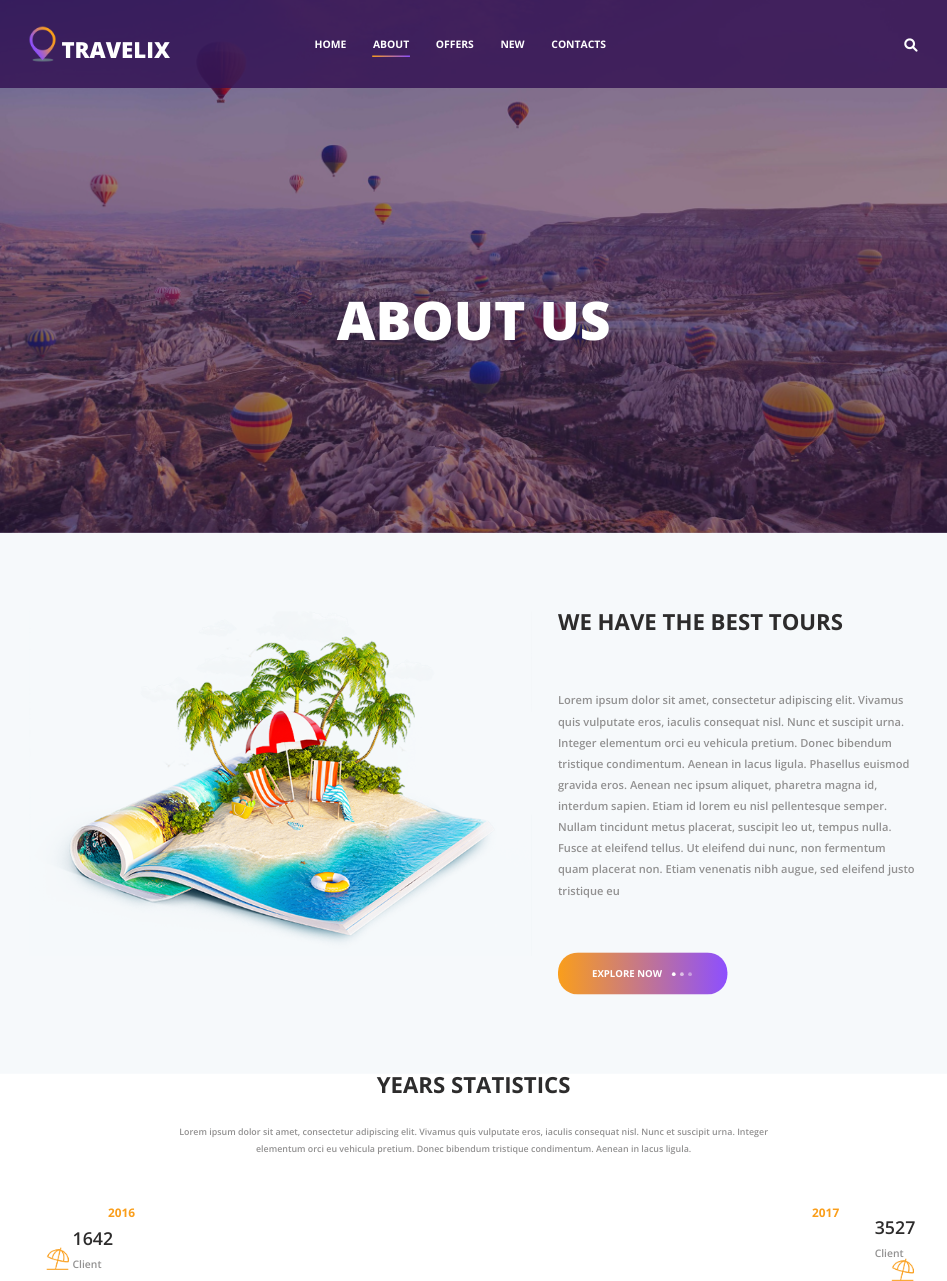
Repository: phamhuuloc/Travelix_Template
Page: about.html
These files come from the project's save history. The page is drawn as it stood at one moment and after the next save; the edit follows.
The browser window is 1280 px wide. The pictures show the whole page, at 74% of full size.
Backgrounds fixed to the window are drawn as part of the page. Some web fonts or font styles are not loaded; a fallback is used.

Above is the page before, as saved 2021-10-13 09:21:41.

### about.html
<!DOCTYPE html>
<html lang="en">
  <head>
    <meta charset="UTF-8" />
    <meta http-equiv="X-UA-Compatible" content="IE=edge" />
    <meta name="viewport" content="width=device-width, initial-scale=1.0" />
    <title>Document</title>
    <link rel="shortcut icon" href="./assets/img/logo.png" />
    <link
      href="https://fonts.googleapis.com/css2?family=Caramel&display=swap"
      rel="stylesheet"
    />
    <!-- GOOGLE FONT -->
    <link
      href="https://fonts.googleapis.com/css2?family=Birthstone&display=swap"
      rel="stylesheet"
    />
    <!-- FONT AWESOME -->
    <link
      rel="stylesheet"
      href="https://cdnjs.cloudflare.com/ajax/libs/font-awesome/6.0.0-beta2/css/all.min.css"
      integrity="sha512-YWzhKL2whUzgiheMoBFwW8CKV4qpHQAEuvilg9FAn5VJUDwKZZxkJNuGM4XkWuk94WCrrwslk8yWNGmY1EduTA=="
      crossorigin="anonymous"
      referrerpolicy="no-referrer"
    />
    <!-- CSS -->
    <link rel="stylesheet" href="./assets/css/reset.css" />
    <link rel="stylesheet" href="./assets/css/grid.css" />
    <link rel="stylesheet" href="./assets/css/base.css" />
    <link rel="stylesheet" href="./assets/css/about.css" />
  </head>
  <body>
    <header class="header">
      <div class="header-topbar" style="display: none">
        <div class="grid wide">
          <div class="header-topbar__container">
            <div class="row">
              <div class="col l-6">
                <div class="header-topbar__contact">
                  <ul>
                    <li>
                      <a href="">+84 945 000 917</a>
                    </li>
                    <li>
                      <a href=""><i class="fab fa-pinterest"></i></a>
                    </li>
                    <li>
                      <a href=""><i class="fab fa-facebook-f"></i></a>
                    </li>
                    <li>
                      <a href=""><i class="fab fa-twitter"></i></a>
                    </li>
                    <li>
                      <a href=""><i class="fab fa-dribbble"></i></a>
                    </li>
                    <li>
                      <a href=""><i class="fab fa-behance"></i></a>
                    </li>
                    <li>
                      <a href=""><i class="fab fa-linkedin-in"></i></a>
                    </li>
                  </ul>
                </div>
              </div>
              <div class="col l-6">
                <div class="header-topbar__login">
                  <ul>
                    <li><a href="">Login</a></li>
                    <li><a href="">|</a></li>
                    <li><a href="">Register</a></li>
                  </ul>
                </div>
              </div>
            </div>
          </div>
        </div>
      </div>
      <div class="header-nav">
        <div class="grid wide">
          <div class="header-nav__container">
            <div class="row">
              <div class="col l-3">
                <div class="logo">
                  <a href="" class="logo__link">
                    <img src="./assets/img/logo.png" alt="" />
                    <h2 class="logo__text">Travelix</h2>
                  </a>
                </div>
              </div>
              <div class="col l-6 m-0 c-0">
                <div class="nav-menu">
                  <ul class="nav-menu__list">
                    <li class="nav-menu__item">
                      <a href="index.html" class="nav-menu__link">Home</a>
                    </li>
                    <li class="nav-menu__item active">
                      <a href="./about.html" class="nav-menu__link">About</a>
                    </li>
                    <li class="nav-menu__item">
                      <a href="" class="nav-menu__link">Offers</a>
                    </li>
                    <li class="nav-menu__item">
                      <a href="" class="nav-menu__link">New</a>
                    </li>
                    <li class="nav-menu__item">
                      <a href="" class="nav-menu__link">Contacts</a>
                    </li>
                  </ul>
                </div>
              </div>
              <div class="col l-3">
                <div class="header-search">
                  <i class="fas fa-search header-search__icon"></i>
                </div>
              </div>
            </div>
          </div>
        </div>
      </div>
    </header>
    <div class="home">
      <div
        class="home-background"
        style="background-image: url(./assets/img/about.jpg)"
      ></div>
      <div class="home__title"><h1>About us</h1></div>
    </div>
    <section class="intro">
      <div class="grid wide">
        <div class="intro__container">
          <div class="row">
            <div class="col l-7 intro__img">
              <img src="./assets/img/intro_about.png" alt="" />
            </div>
            <div class="col l-5 intro__content">
              <h2 class="intro__title">WE HAVE THE BEST TOURS</h2>
              <p class="intro__desc">
                Lorem ipsum dolor sit amet, consectetur adipiscing elit. Vivamus
                quis vulputate eros, iaculis consequat nisl. Nunc et suscipit
                urna. Integer elementum orci eu vehicula pretium. Donec bibendum
                tristique condimentum. Aenean in lacus ligula. Phasellus euismod
                gravida eros. Aenean nec ipsum aliquet, pharetra magna id,
                interdum sapien. Etiam id lorem eu nisl pellentesque semper.
                Nullam tincidunt metus placerat, suscipit leo ut, tempus nulla.
                Fusce at eleifend tellus. Ut eleifend dui nunc, non fermentum
                quam placerat non. Etiam venenatis nibh augue, sed eleifend
                justo tristique eu
              </p>
              <div class="intro__btn">
                <div class="btn">
                  <div class="btn-bg"></div>
                  <a href="#" class="btn-link">
                    explore now
                    <span></span>
                    <span></span>
                    <span></span>
                  </a>
                </div>
              </div>
            </div>
          </div>
        </div>
      </div>
    </section>
    <section class="stats">
      <div class="grid wide">
        <div class="stats__container">
          <h2 class="stats__title">YEARS STATISTICS</h2>
          <div class="wrap_text">
            <p class="stats__text">
              Lorem ipsum dolor sit amet, consectetur adipiscing elit. Vivamus
              quis vulputate eros, iaculis consequat nisl. Nunc et suscipit
              urna. Integer elementum orci eu vehicula pretium. Donec bibendum
              tristique condimentum. Aenean in lacus ligula.
            </p>
          </div>
          <div class="stats__year">
            <div class="stats__year-last">2016</div>
            <div class="stats__year-new">2017</div>
          </div>
          <div class="stats__content">
            <div class="stats__item">
              <div class="stats__last">
                <div class="stats__icon">
                  <img src="./assets/img/stats_1.png" alt="" />
                </div>
                <div class="stats__content">
                  <div class="stats__number">1642</div>
                  <div class="stats__type">Client</div>
                </div>
              </div>
              <div class="stats__bar">
                <div class="stats__bar-perc"></div>
              </div>
              <div class="stats__new">
                <div class="stats__content">
                  <div class="stats__number">3527</div>
                  <div class="stats__type">Client</div>
                </div>
                <div class="stats__icon">
                  <img src="./assets/img/stats_1.png" alt="" />
                </div>
              </div>
            </div>
          </div>
        </div>
      </div>
    </section>
  </body>
</html>

### assets/css/grid.css
.grid {
  width: 100%;
  padding: 0;
}
.grid.wide {
  max-width: 1200px;

  margin: 0 auto;
}
.row {
  display: flex;
  flex-wrap: wrap;
  margin-left: -4px;
  margin-right: -4px;
}
.row.no-gutters {
  margin-left: 0;
  margin-right: 0;
}
.col {
  padding-left: 4px;
  padding-right: 4px;
}
.row.no-gutters .col {
  margin-left: 0;
  margin-right: 0;
}

.c-0 {
  display: none;
}

.c-1 {
  flex: 0 0 8.33333%;
  max-width: 8.33333%;
}

.c-2 {
  flex: 0 0 16.66667%;
  max-width: 16.66667%;
}

.c-3 {
  flex: 0 0 25%;
  max-width: 25%;
}

.c-4 {
  flex: 0 0 33.33333%;
  max-width: 33.33333%;
}

.c-5 {
  flex: 0 0 41.66667%;
  max-width: 41.66667%;
}

.c-6 {
  flex: 0 0 50%;
  max-width: 50%;
}

.c-7 {
  flex: 0 0 58.33333%;
  max-width: 58.33333%;
}

.c-8 {
  flex: 0 0 66.66667%;
  max-width: 66.66667%;
}

.c-9 {
  flex: 0 0 75%;
  max-width: 75%;
}

.c-10 {
  flex: 0 0 83.33333%;
  max-width: 83.33333%;
}

.c-11 {
  flex: 0 0 91.66667%;
  max-width: 91.66667%;
}

.c-12 {
  flex: 0 0 100%;
  max-width: 100%;
}

.c-o-1 {
  margin-left: 8.33333%;
}

.c-o-2 {
  margin-left: 16.66667%;
}

.c-o-3 {
  margin-left: 25%;
}

.c-o-4 {
  margin-left: 33.33333%;
}

.c-o-5 {
  margin-left: 41.66667%;
}

.c-o-6 {
  margin-left: 50%;
}

.c-o-7 {
  margin-left: 58.33333%;
}

.c-o-8 {
  margin-left: 66.66667%;
}

.c-o-9 {
  margin-left: 75%;
}

.c-o-10 {
  margin-left: 83.33333%;
}

.c-o-11 {
  margin-left: 91.66667%;
}
/* TABLET */
@media (min-width: 740px) {
  .row {
    margin-left: -8px;
    margin-right: -8px;
  }
  .col {
    padding-right: 8px;
    padding-left: 8px;
  }
  .m-0 {
    display: none;
  }
  .m-1,
  .m-2,
  .m-3,
  .m-4,
  .m-5,
  .m-6,
  .m-7,
  .m-8,
  .m-9,
  .m-10,
  .m-11,
  .m-12 {
    display: block;
  }

  .m-1 {
    flex: 0 0 8.33333%;
    max-width: 8.33333%;
  }

  .m-2 {
    flex: 0 0 16.66667%;
    max-width: 16.66667%;
  }

  .m-3 {
    flex: 0 0 25%;
    max-width: 25%;
  }

  .m-4 {
    flex: 0 0 33.33333%;
    max-width: 33.33333%;
  }

  .m-5 {
    flex: 0 0 41.66667%;
    max-width: 41.66667%;
  }

  .m-6 {
    flex: 0 0 50%;
    max-width: 50%;
  }

  .m-7 {
    flex: 0 0 58.33333%;
    max-width: 58.33333%;
  }

  .m-8 {
    flex: 0 0 66.66667%;
    max-width: 66.66667%;
  }

  .m-9 {
    flex: 0 0 75%;
    max-width: 75%;
  }

  .m-10 {
    flex: 0 0 83.33333%;
    max-width: 83.33333%;
  }

  .m-11 {
    flex: 0 0 91.66667%;
    max-width: 91.66667%;
  }

  .m-12 {
    flex: 0 0 100%;
    max-width: 100%;
  }

  .m-o-1 {
    margin-left: 8.33333%;
  }

  .m-o-2 {
    margin-left: 16.66667%;
  }

  .m-o-3 {
    margin-left: 25%;
  }

  .m-o-4 {
    margin-left: 33.33333%;
  }

  .m-o-5 {
    margin-left: 41.66667%;
  }

  .m-o-6 {
    margin-left: 50%;
  }

  .m-o-7 {
    margin-left: 58.33333%;
  }

  .m-o-8 {
    margin-left: 66.66667%;
  }

  .m-o-9 {
    margin-left: 75%;
  }

  .m-o-10 {
    margin-left: 83.33333%;
  }

  .m-o-11 {
    margin-left: 91.66667%;
  }
}
/* PC MEDIUM RESOLUTION */
@media (min-width: 1113px) {
  .row {
    margin-left: -12px;
    margin-right: -12px;
  }
  .row.sm-gutter {
    margin-left: -8px;
    margin-right: -8px;
  }
  .col {
    padding-left: 12px;
    padding-right: 12px;
  }
  .row.sm-gutter .col {
    padding-left: 8px;
    padding-right: 8px;
  }
  .l-0 {
    display: none;
  }

  .l-1,
  .l-2,
  .l-2-4,
  .l-3,
  .l-4,
  .l-5,
  .l-6,
  .l-7,
  .l-8,
  .l-9,
  .l-10,
  .l-11,
  .l-12 {
    display: block;
  }

  .l-1 {
    flex: 0 0 8.33333%;
    max-width: 8.33333%;
  }

  .l-2 {
    flex: 0 0 16.66667%;
    max-width: 16.66667%;
  }

  .l-2-4 {
    flex: 0 0 20%;
    max-width: 20%;
  }

  .l-3 {
    flex: 0 0 25%;
    max-width: 25%;
  }

  .l-4 {
    flex: 0 0 33.33333%;
    max-width: 33.33333%;
  }

  .l-5 {
    flex: 0 0 41.66667%;
    max-width: 41.66667%;
  }

  .l-6 {
    flex: 0 0 50%;
    max-width: 50%;
  }

  .l-7 {
    flex: 0 0 58.33333%;
    max-width: 58.33333%;
  }

  .l-8 {
    flex: 0 0 66.66667%;
    max-width: 66.66667%;
  }

  .l-9 {
    flex: 0 0 75%;
    max-width: 75%;
  }

  .l-10 {
    flex: 0 0 83.33333%;
    max-width: 83.33333%;
  }

  .l-11 {
    flex: 0 0 91.66667%;
    max-width: 91.66667%;
  }

  .l-12 {
    flex: 0 0 100%;
    max-width: 100%;
  }

  .l-o-1 {
    margin-left: 8.33333%;
  }

  .l-o-2 {
    margin-left: 16.66667%;
  }

  .l-o-3 {
    margin-left: 25%;
  }

  .l-o-4 {
    margin-left: 33.33333%;
  }

  .l-o-5 {
    margin-left: 41.66667%;
  }

  .l-o-6 {
    margin-left: 50%;
  }

  .l-o-7 {
    margin-left: 58.33333%;
  }

  .l-o-8 {
    margin-left: 66.66667%;
  }

  .l-o-9 {
    margin-left: 75%;
  }

  .l-o-10 {
    margin-left: 83.33333%;
  }

  .l-o-11 {
    margin-left: 91.66667%;
  }
}
/* TABLET AND PC */
@media (min-width: 740px) and (max-width: 1023px) {
  .wide {
    width: 644px;
  }
}
/* > PC  LOW RESOLUTION */
@media (min-width: 1024px) and (max-width: 1239px) {
  .wide {
    width: 984px;
  }
}
.form__item {
  display: flex;
  flex-direction: column;
}

### assets/css/base.css
@import url("https://fonts.googleapis.com/css?family=Open+Sans:300,400,600,700,800");
@font-face {
  font-family: "Beyond";
  src: url("../fonts/beyond_the_mountains.otf") format("truetype"),
    url("../fonts/beyond_the_mountains.ttf") format("opentype");
}

:root {
  --topbar-height: 3.6rem;
  --white-color: white;
  --gray-color: #929191;
  --primary-color: #fa9e1b;
  --bg-btn: linear-gradient(to right, #fa9e1b, #8d4fff, #fa9e1b);
  --bg-section: linear-gradient(to top right, #fa9e1b, #8d4fff);
  --black-color: #2d2c2c;
}
* {
  margin: 0;
  padding: 0;
  box-sizing: border-box;
}
html {
  font-size: 62.5%;
}
body {
  font-family: "Open Sans", sans-serif;
  text-rendering: optimizeLegibility;
  -webkit-font-smoothing: antialiased;
}
a {
  text-decoration: none;
}
i {
  display: block;
  width: 100%;
}
ul {
  list-style: none;
}
select {
  -webkit-appearance: none;
  -moz-appearance: none;
  text-indent: 1px;
  text-overflow: "";
}
img {
  display: block;
  max-width: 100%;
}
/* FONT */
@import url(https://fonts.googleapis.com/css?family=Open+Sans:300,400,600,700,800);
@font-face {
  font-family: "Beyond";
  src: url(../font/beyond_the_mountains.otf) format("truetype"),
    url(../font/beyond_the_mountains.ttf) format("opentype");
}
/* BUTTON */
/*  */
/* HEADER */

.header-topbar {
  height: var(--topbar-height);
  background-color: rgb(53, 10, 78);
}
.header-topbar li:hover a {
  color: var(--primary-color);
  transition: all 300ms ease;
}
.header-topbar__contact ul {
  display: flex;
  align-items: center;
  height: var(--topbar-height);
}
.header-topbar__contact li a {
  color: white;
  font-size: 1.2rem;
  margin-right: 2rem;
  text-transform: uppercase;
}
.header-topbar__login ul {
  height: var(--topbar-height);
  display: flex;
  align-items: center;
  justify-content: flex-end;
}
.header-topbar li a {
  color: var(--white-color);
  font-size: 1.2rem;
  padding: 0 2px;
  text-transform: uppercase;
}
.header-nav {
  background: rgba(54, 19, 84, 0.85);
  padding: 3.6rem 0;
  position: fixed;
  z-index: 99;
  width: 100%;
}
.logo__link {
  display: flex;
  align-items: flex-end;
}
.logo__text {
  color: var(--white-color);
  font-weight: 800;
  font-size: 3rem;
  text-transform: uppercase;
  margin-left: 8px;
}
.nav-menu {
  height: 100%;
  display: flex;
  align-items: center;
}
.nav-menu__list {
  width: 100%;
  display: flex;
  align-items: center;
  justify-content: center;
}
.nav-menu__link {
  font-size: 1.4rem;
  color: var(--white-color);
  font-weight: 650;
  text-transform: uppercase;
  margin-right: 3.6rem;
  position: relative;
}
.nav-menu__link::after {
  content: "";
  display: block;
  position: absolute;
  left: -1px;
  bottom: -8px;
  width: calc(100% + 2px);
  height: 2px;
  opacity: 0;
  transition: all 300ms ease;
  background: linear-gradient(to right, #fa9e1b, #8d4fff);
}
.active .nav-menu__link::after {
  opacity: 1;
}
.nav-menu__item:hover .nav-menu__link::after {
  opacity: 1;
}
.header-search {
  height: 100%;
  display: flex;
  align-items: center;
  justify-content: flex-end;
}
.header-search__icon {
  display: contents;
  text-align: right;
  color: var(--white-color);
  font-size: 1.8rem;
  font-weight: 600;
  cursor: pointer;
}
.header-search__icon:hover {
  color: var(--primary-color);
  transition: all 300ms ease;
}
/* HOME */
.home {
  position: relative;
  width: 100%;
  height: 100vh;
  background: #31124b;
}
.home-background {
  position: absolute;
  top: 0;
  left: 0;
  width: 100%;
  height: 100%;
  background-repeat: no-repeat;
  background-position: center center;
  background-size: cover;
  opacity: 0.5;
}
.home-container {
  position: absolute;
  top: 50%;
  left: 50%;
  transform: translate(-50%, -50%);
}
.home-title__heading {
  font-size: 9.2rem;
  color: var(--white-color);
  font-weight: 900;
  text-transform: uppercase;
}
.home-title__heading:nth-child(2) {
  font-family: Beyond;
  font-size: 6rem;
  text-align: center;
}
/*home button */
.btn {
  display: inline-block;
  border-radius: 27px;
  overflow: hidden;
  position: relative;
  margin-top: 70px;
  left: 50%;
  transform: translateX(-50%);
}
.btn:hover .btn-bg {
  transform: translateX(-50%);
}
.btn-bg {
  z-index: 0;
  position: absolute;
  top: 0;
  left: 0;
  width: 200%;
  height: 100%;
  background: var(--bg-btn);
  transition: all 400ms ease;
  cursor: pointer;
}
.btn-link {
  display: block;
  font-size: 13px;
  font-weight: 700;
  color: #fff;
  text-transform: uppercase;
  padding: 2.2rem 0;
  padding-left: 46px;
  padding-right: 46px;
  white-space: nowrap;
  position: relative;
}
.btn-link span {
  display: inline-block;
  background-color: white;
  width: 5.5px;
  height: 5.5px;
  border-radius: 50%;
  vertical-align: middle;
  margin-right: 2px;
}
.btn-link span:first-child {
  margin-left: 1rem;
}
.btn-link span:nth-child(2) {
  opacity: 0.6;
}
.btn-link span:last-child {
  opacity: 0.4;
}
/* CONTACT FORM */
.contact {
  margin-top: 10.3rem;
  width: 100%;
  padding-bottom: 105px;
  position: relative;
}
.contact-background {
  position: absolute;
  bottom: -34px;
  width: 100%;
  height: 114%;
  background-size: cover;
  background-position: center center;
  background-repeat: no-repeat;
}
.contact-container {
  position: relative;
  z-index: 2;
}
.contact-form {
  background: var(--bg-section);
  padding: 8.4rem 7.6rem 4.8rem;
}
.form-heading {
  font-size: 3rem;
  font-weight: 700;
  color: var(--white-color);
  text-transform: uppercase;
  margin-bottom: 8.6rem;
}
.form-input {
  color: var(--white-color);
  font-size: 1.6rem;
  padding: 1rem;
  width: 100%;
  border: 0;
  border-bottom: 2px solid white;
  background-color: transparent;
  margin-bottom: 3rem;
  outline: none;
}
.form-input::-webkit-input-placeholder {
  color: white;
  font-size: 1.4rem;
}
.input-messages {
  /* height: 126px; */
}
.contact-btn {
  margin-top: 5rem;
  border-radius: 2.7rem;
  background-color: #31124b;
  display: inline-flex;
  align-items: center;
  justify-content: center;
  cursor: pointer;
}
.contact-btn:hover {
  opacity: 0.8;
  transition: all 0.3s ease;
}
.contact-btn .btn-link {
  padding: 22px 29px;
}
/* FOOTER */
.footer {
  background: #31124b;
  padding: 8.5rem 10.3rem 11.8rem;
  /* position: absolute; */
}
.footer__item {
  position: relative;
}
.footer__logo {
  position: absolute;
  top: -2.9rem;
}
.footer__about {
  padding-top: 67px;
}
.footer__about-desc {
  font-size: 1.6rem;
  font-weight: 600;
  color: var(--white-color);
  line-height: 2;
  margin-bottom: 2rem;
}
.social-list {
  display: flex;
}
.social-item {
  display: flex;
  align-items: center;
  justify-content: center;
  width: 3.1rem;
  height: 3.1rem;
  border-radius: 50%;
  margin-right: 12px;
  cursor: pointer;
  transition: all 0.3s ease;
  border: 1px solid var(--primary-color);
}
.social-item:hover {
  background-color: var(--primary-color);
}
.social-item a i {
  font-size: 10px;
  color: var(--white-color);
}
.footer__blog-item {
  display: flex;
  margin-bottom: 2.1rem;
}
.footer__blog-item img {
  margin-right: 20px;
}
.footer__blog-content {
  display: flex;
  flex-direction: column;
}
.footer__blog-title {
  font-size: 1.4rem;
  color: var(--white-color);
  margin-bottom: 1.4rem;
  cursor: pointer;
}
.footer__blog-title:hover {
  color: var(--primary-color);
}
.footer__blog-date {
  font-size: 1.2rem;
  color: var(--primary-color);
}
.tag__item {
  display: flex;
  align-items: center;
  justify-content: center;
  padding: 12px 25px;
  margin-right: 9px;
  margin-bottom: 9px;
  border: 1px solid var(--primary-color);
  transition: all 0.3s ease;
  float: left;
  cursor: pointer;
}
.tag__item:hover {
  cursor: pointer;
  background-color: var(--primary-color);
}
.tag__item a {
  color: var(--white-color);
  font-size: 1.4rem;
  font-weight: 600;
}
.contact__info-item {
  display: flex;
}
.contact__info-icon {
  width: 2rem;
  height: 2rem;
  margin-right: 8px;
}
.contact__info-text {
  font-size: 1.4rem;
  color: var(--white-color);
  line-height: 1.8;
  margin-bottom: 2.4rem;
}
.copyright {
  background: #1f0733;
  padding: 20px 0;
}
.copyright__container {
  color: var(--white-color);
  font-size: 1.6rem;
}
.copyright__container a {
  transition: all 0.3s ease;
  color: blue;
}
.copyright__container a:hover {
  color: var(--primary-color);
}
.copyright__container i {
  display: contents;
  color: red;
}

### assets/css/about.css
.home-background {
  background-repeat: no-repeat;
  background-position: bottom center;
  background-attachment: fixed;
  background-size: cover;
}
.home__title {
  position: absolute;
  top: 55%;
  left: 50%;
  transform: translateX(-50%);
}
.home__title h1 {
  font-size: 7.2rem;
  font-weight: 800;
  color: var(--white-color);
  text-transform: uppercase;
}
/* INTRO */
.intro {
  padding: 10.6rem 0;
  background-color: #f6f9fb;
}
.intro__title {
  font-size: 3rem;
  font-weight: 700;
  color: var(--black-color);
  margin-bottom: 7.6rem;
  text-transform: uppercase;
}
.intro__desc {
  font-size: 1.5rem;
  font-weight: 600;
  color: var(--gray-color);
  line-height: 1.9;
}
.intro__btn .btn {
  left: 0;
  transform: translateX(0);
}
.stats__title {
  text-align: center;
  font-size: 3rem;
  font-weight: 700;
  color: var(--black-color);
  margin-bottom: 3.8rem;
}
.wrap_text {
  text-align: center;
  display: flex;
  justify-content: center;
  margin-bottom: 6.6rem;
}
.stats__text {
  font-size: 1.2rem;
  font-weight: 600;
  line-height: 1.9;
  color: var(--gray-color);
  max-width: 84rem;
}
.stats__year {
  display: flex;
  align-items: center;
  justify-content: space-between;
  padding: 0 10.6rem;
}
.stats__year-last,
.stats__year-new {
  font-size: 1.6rem;
  font-weight: 700;
  color: var(--primary-color);
}
.stats__item {
  display: flex;
  align-items: center;
  justify-content: space-between;
}
.stats__last {
  display: flex;
  align-items: flex-end;
}
.stats__icon {
  margin-left: 1.8rem;
}
.stats__number {
  font-size: 2.4rem;
  font-weight: 600;
  color: var(--black-color);
  margin-bottom: 1.6rem;
}
.stats__type {
  font-size: 1.4rem;
  font-weight: 600;
  color: var(--gray-color);
}

Loaded but not shown: assets/css/reset.css (common file)

After the next save:
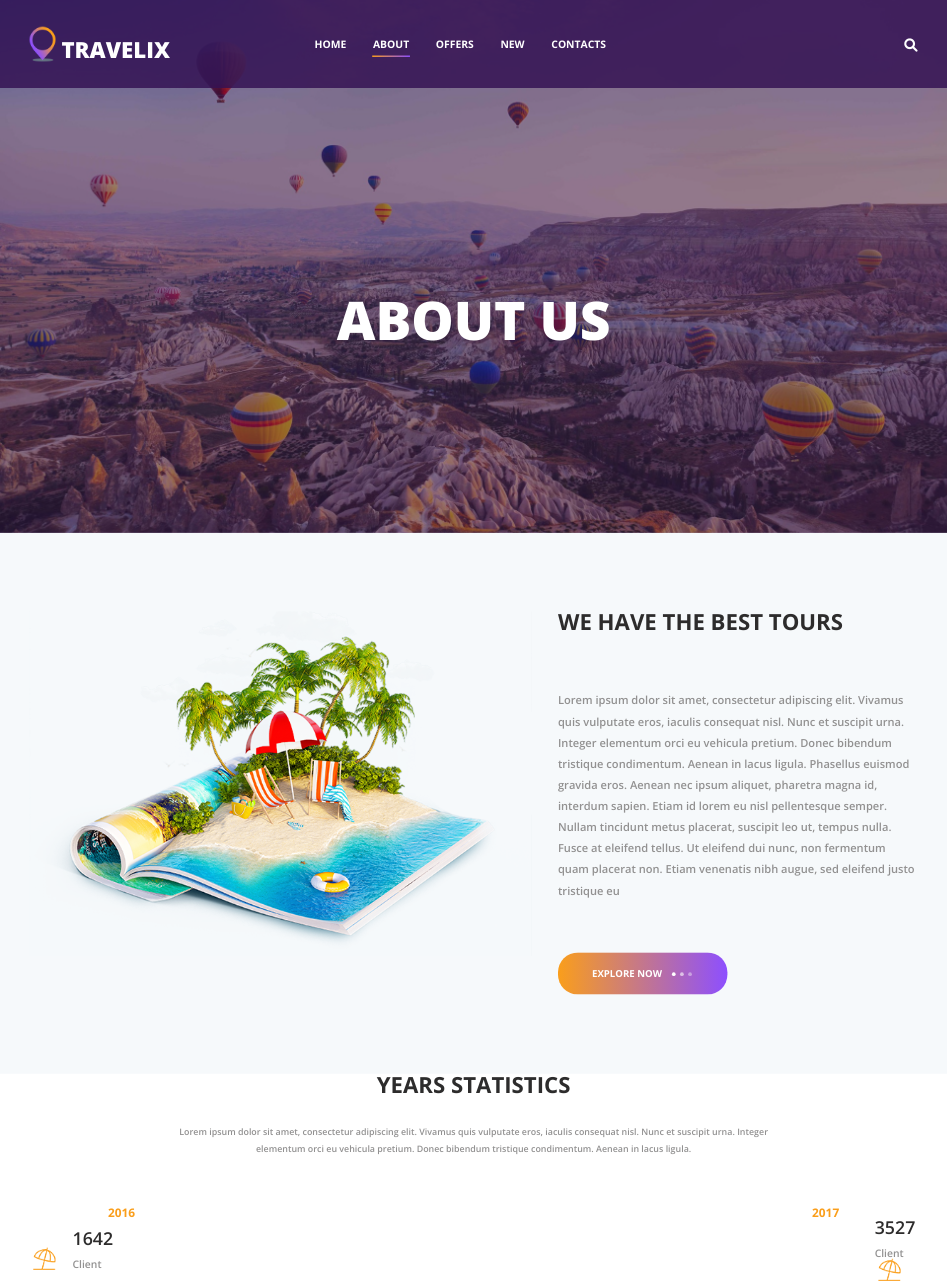
Saved 17 s later.
--- a/assets/css/about.css
+++ b/assets/css/about.css
@@ -80,7 +80,7 @@
   align-items: flex-end;
 }
 .stats__icon {
-  margin-left: 1.8rem;
+  margin-right: 1.8rem;
 }
 .stats__number {
   font-size: 2.4rem;
